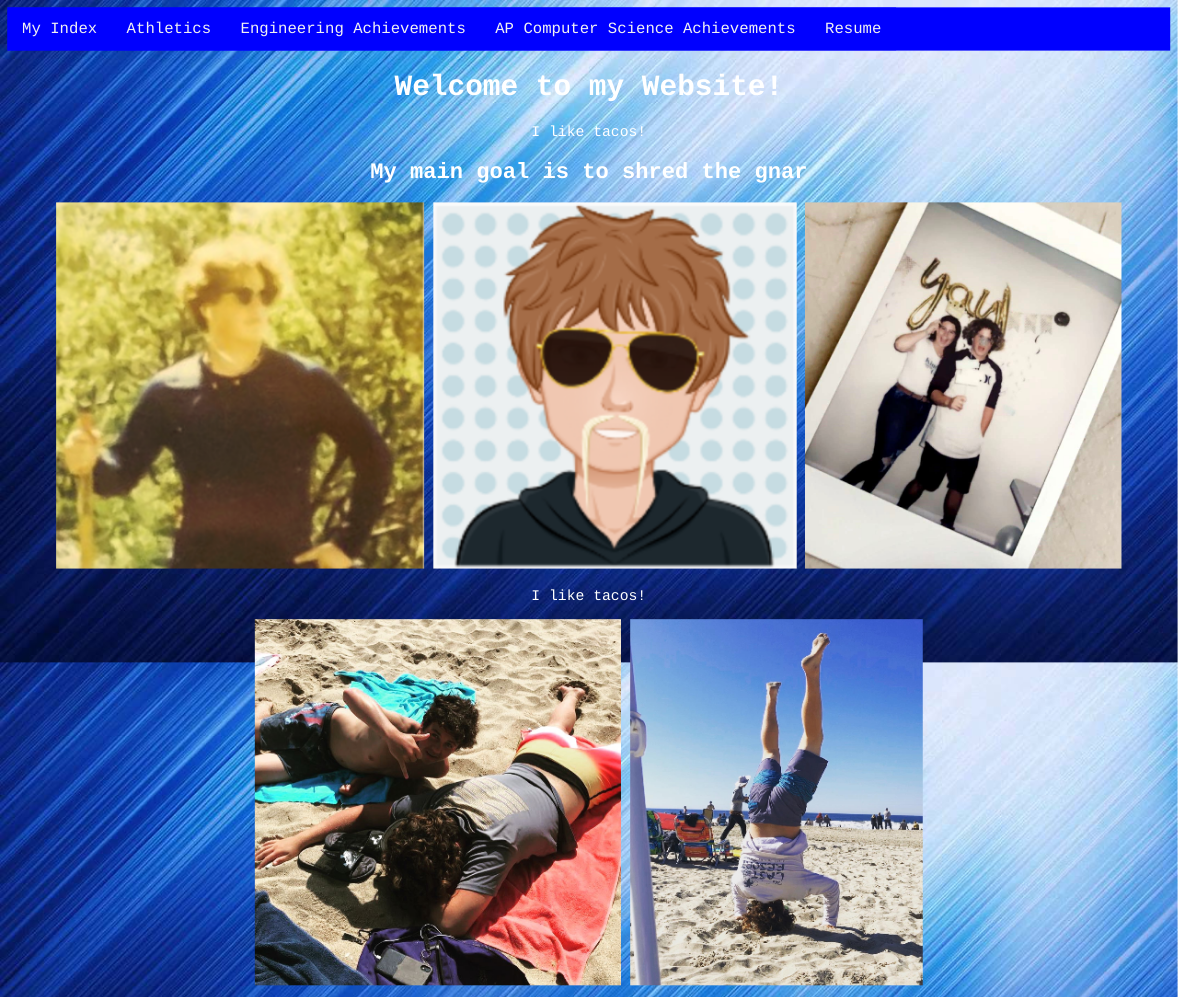
Repository: jacobsirois/jacobsirois.github.io
Page: index.html
The author's editor kept a record of every edit. The page is drawn from the files as they stood at one moment, then again after the next edit.
The browser window is 1280 px wide. The pictures show the whole page, at 92% of full size.
Backgrounds fixed to the window are drawn as part of the page.

Above is the page before.
Not found: index.css

After the next edit:
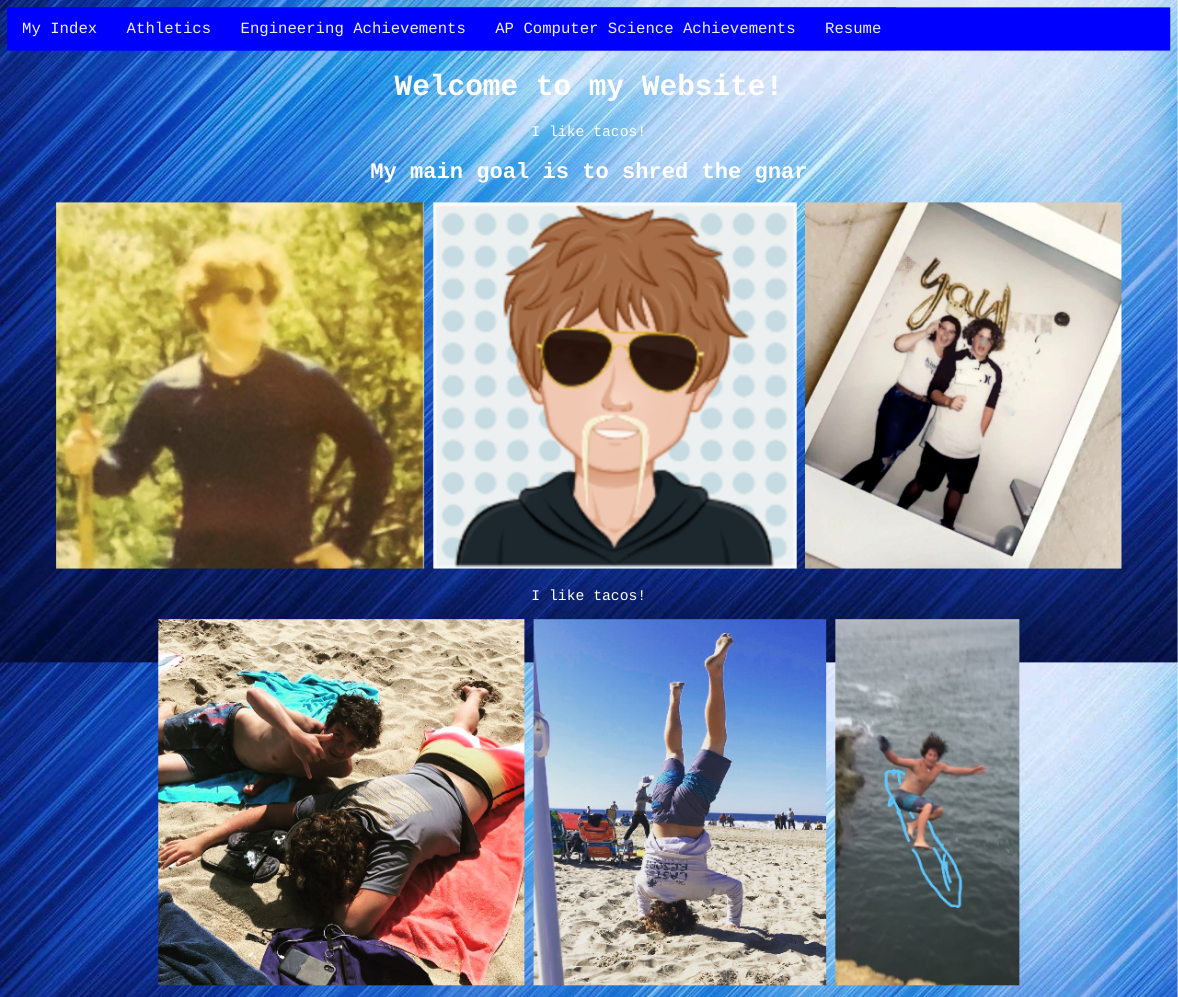
The edit:
--- a/index.html
+++ b/index.html
@@ -112,6 +112,7 @@
 <center>
 <img src="images/a.jpg" alt="Italian Trulli">
 <img src="images/aa.jpg" alt="Italian Trulli">
+<img src="images/Surf.jpg" alt="Italian Trulli">
 </center>
 
 
